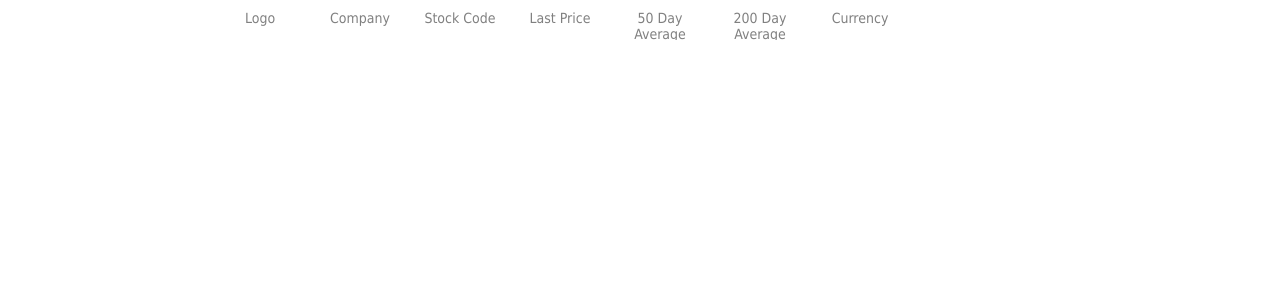
Repository: icarusin/styu
Page: gae/stockyou/StockService/war/Index.html
The author's editor kept a copy of each file at every save. The page is drawn from the files as they stood at one save, then again after the next save.
The browser window is 1280 px wide. The pictures show the whole page.
The page's requests for data from a server got no answer.

Above is the page before, as saved 2013-03-31 19:55:28.

### gae/stockyou/StockService/war/Index.html
<!DOCTYPE html PUBLIC "-//W3C//DTD HTML 4.01 Transitional//EN" "http://www.w3.org/TR/html4/loose.dtd">
<html  lang="en" ng-app>
<head>
<meta http-equiv="Content-Type" content="text/html; charset=ISO-8859-1">
<meta charset="utf-8">
  <link rel="stylesheet" type="text/css" href="css/Core.css">
  <script type="text/javascript" src="/js/angular.js"></script>
  <script type="text/javascript" src="/js/homecontroller.js"></script>
   <title>NSE-Index</title>
<title>Insert title here</title>
</head>
<body ng-controller="StockListCtrl">
   <div class="container">
	<div class="portfolio">
          <div>
            <div class="stock">
             	<div style="float:left;" class="stock-prop">
            		<div class="stock-label">Logo</div>
            	</div>
            	<div class="stock-name stock-prop" style="float:left;"><div class="stock-label">Company</div></div>
            	<div class="stock-code stock-prop" style="float:left;"><div class="stock-label">Stock Code</div></div>
            	<div class="stock-price stock-prop" style="float:left;"><div class="stock-label">Last Price</div></div>
            	<div class="stock-fda stock-prop" style="float:left;"><div class="stock-label">50 Day Average</div></div>
            	<div class="stock-2da stock-prop" style="float:left;"><div class="stock-label">200 Day Average</div></div>
            	<div class="stock-unit stock-prop" style="float:left;"><div class="stock-label">Currency</div></div>
            </div>
          </div>
          <div ng-repeat="stock in stocks">
            <div class="stock">
             	<div style="float:left;" class="stock-prop">
            		<a href="#" class="thumb"><img class="stock-img" ng-src="{{stock.logo}}"></a>
            	</div>
            	<div class="stock-name stock-prop" style="float:left;"><div class="stock-label">{{stock.name}}</div></div>
            	<div class="stock-code stock-prop" style="float:left;"><div class="stock-label">{{stock.stock_code}}</div></div>
            	<div class="stock-price stock-prop" style="float:left;"><div class="stock-label">{{stock.stock_price}}</div></div>
            	<div class="stock-fda stock-prop" style="float:left;"><div class="stock-label">{{stock.fifty_day_average}}</div></div>
            	<div class="stock-2da stock-prop" style="float:left;"><div class="stock-label">{{stock.two_hundred_day_average}}</div></div>
            	<div class="stock-unit stock-prop" style="float:left;"><div class="stock-label">{{stock.unit}}</div></div>
            </div>
          </div>
        </div>
    </div>
</body>
</html>

### gae/stockyou/StockService/war/css/Core.css
* {
padding: 0;
margin: 0;
list-style: none;
border: 0;
font-family: "Tahoma", sans-serif,Arial;
color: #808080;
}

div.container {
	width: 100%;
}

div.portfolio{
	overflow:hidden;
}

div.stock{
	overflow:hidden;
	text-align:center;
	margin-left:200px;
}

img.stock-img{
	width:30px;
	height:30px;
}

div.stock-prop{
	font-size:14px;
	margin-left:10px;
	margin-right:10px;
	margin-top:5px;
	margin-bottom:5px;
	width:80px;
	height:30px;
	display: table-cell;
	vertical-align: middle;
	text-align: center;
}

div.stock-label{
	font-size:14px;
	margin-left:10px;
	margin-right:10px;
	margin-top:5px;
	margin-bottom:5px;
	width:80px;
	height:30px;
	display: inner-block;
	 text-align: center;
}

### gae/stockyou/StockService/war/js/homecontroller.js
'use strict';

/* Controllers */

function StockListCtrl($scope, $http) {
  var url = '/resources/portfolio/nse';
  function setsmiley(stock,index){
  	console.log(stock.stock_price - stock.moving_daily_average);
  		if(((stock.stock_price - stock.moving_daily_average)/stock.moving_daily_average)> 0.0){
          console.log("good" + index);
          $scope.stocks[index].hash = $scope.smileys[0];
          /*$scope.hash = $scope.smileys[0];*/
  		}
  		else{
  		console.log("bad"+index);
  		  $scope.stocks[index].hash = $scope.smileys[1];
  		}

  }
  $scope.smileys = ['/images/happy.jpeg','/images/cry.jpeg']
  $http.get(url).success(function(data) {
    $scope.stocks = data.quote;
    for (var i=0;i<$scope.stocks.length;i++)
		{
			  /*setsmiley($scope.stocks[i],i);*/
			  var stock = $scope.stocks[i];
			   console.log(stock.stock_price - stock.moving_daily_average);
	  		if(((stock.stock_price - stock.moving_daily_average)/stock.moving_daily_average)> 0.0){
	          console.log("good" + i);
	          $scope.stocks[i].hash = $scope.smileys[0];
	          /*$scope.hash = $scope.smileys[0];*/
	  		}
	  		else{
	  		console.log("bad"+i);
	  		  $scope.stocks[i].hash = $scope.smileys[1];
	  		}
		}

  });

}

Loaded but not shown: gae/stockyou/StockService/war/js/angular.js (library)

After the next save:
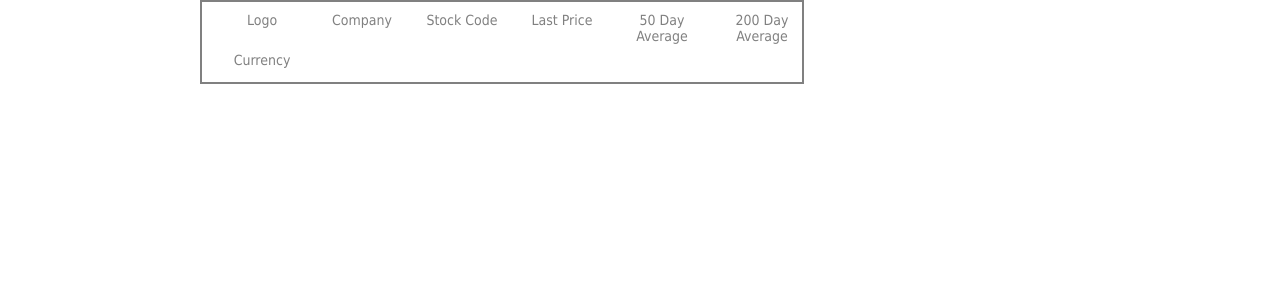
Saved 104 s later.
--- a/gae/stockyou/StockService/war/css/Core.css
+++ b/gae/stockyou/StockService/war/css/Core.css
@@ -19,6 +19,8 @@ div.stock{
 	overflow:hidden;
 	text-align:center;
 	margin-left:200px;
+	border: 2px solid;
+	width: 600px;
 }
 
 img.stock-img{
